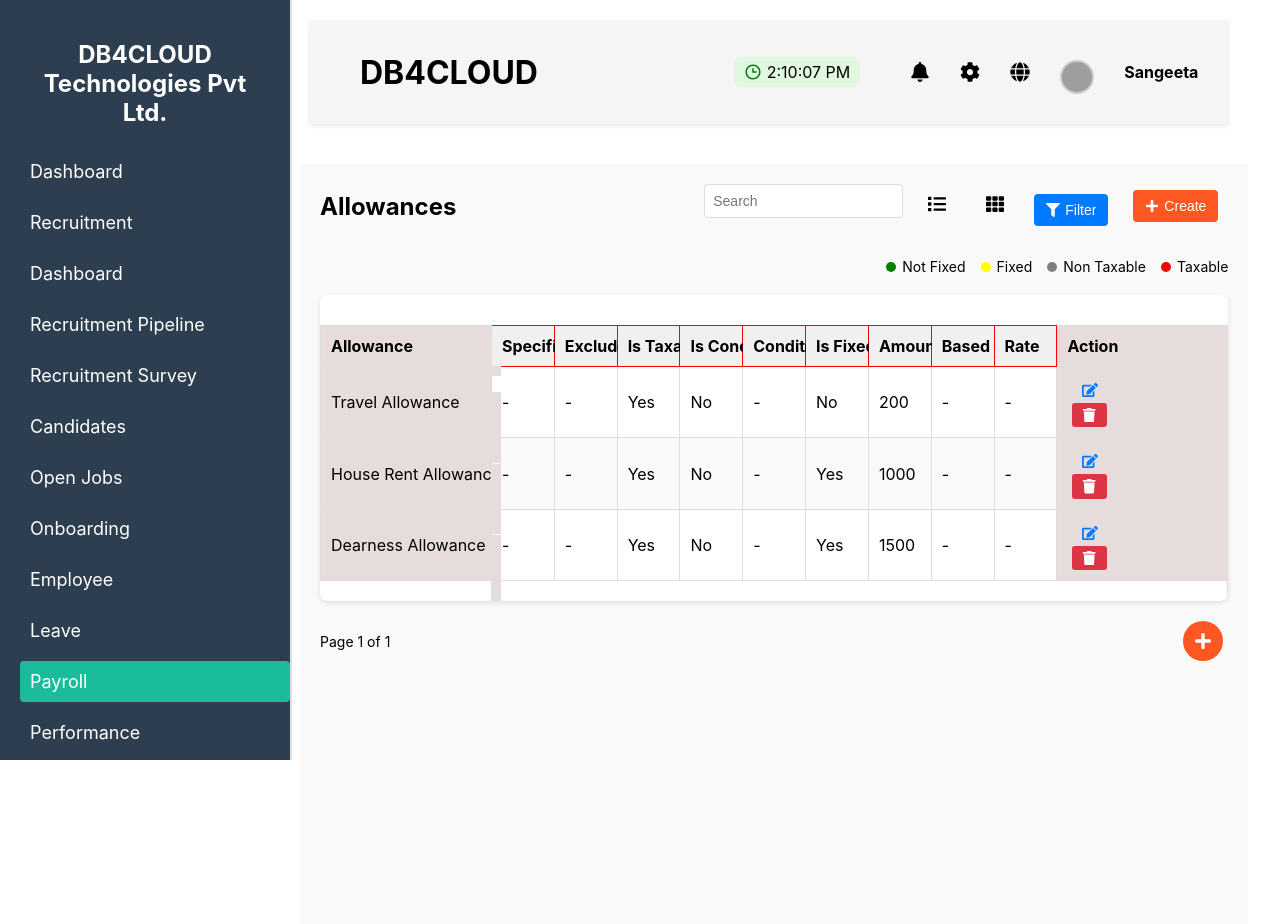
Repository: tinu-ns/Dev-code
Page: /payroll/allowances (app in HRMS-DEMO-Sang/hrms/), after clicking the first element matching `button.view-toggle`
The author's editor kept a copy of each file at every save. The page is drawn from the files as they stood at one save, then again after the next save.
The browser window is 1280 px wide. The pictures show the whole page.
Pictures or frames that could not be fetched are drawn as grey boxes. The project was rebuilt for these pictures with package versions that can differ from the ones it lists, and the page was loaded fresh each time. Also part of the build but not shown: HRMS-DEMO-Sang/hrms/src/components/Dashboard.js, HRMS-DEMO-Sang/hrms/src/components/Recruitment/RecruitmentDashboard.js, HRMS-DEMO-Sang/hrms/src/components/Recruitment/RecruitmentPipeline.js, HRMS-DEMO-Sang/hrms/src/components/Payroll/Contract.js, HRMS-DEMO-Sang/hrms/src/components/Payroll/Deductions.js, HRMS-DEMO-Sang/hrms/src/components/Payroll/Payslips.js, HRMS-DEMO-Sang/hrms/src/components/Payroll/PayrollDashboard.js, HRMS-DEMO-Sang/hrms/src/components/MainContent.css and 13 more.

Above is the page before, as saved 2024-11-14 21:47:33.

After the next save:
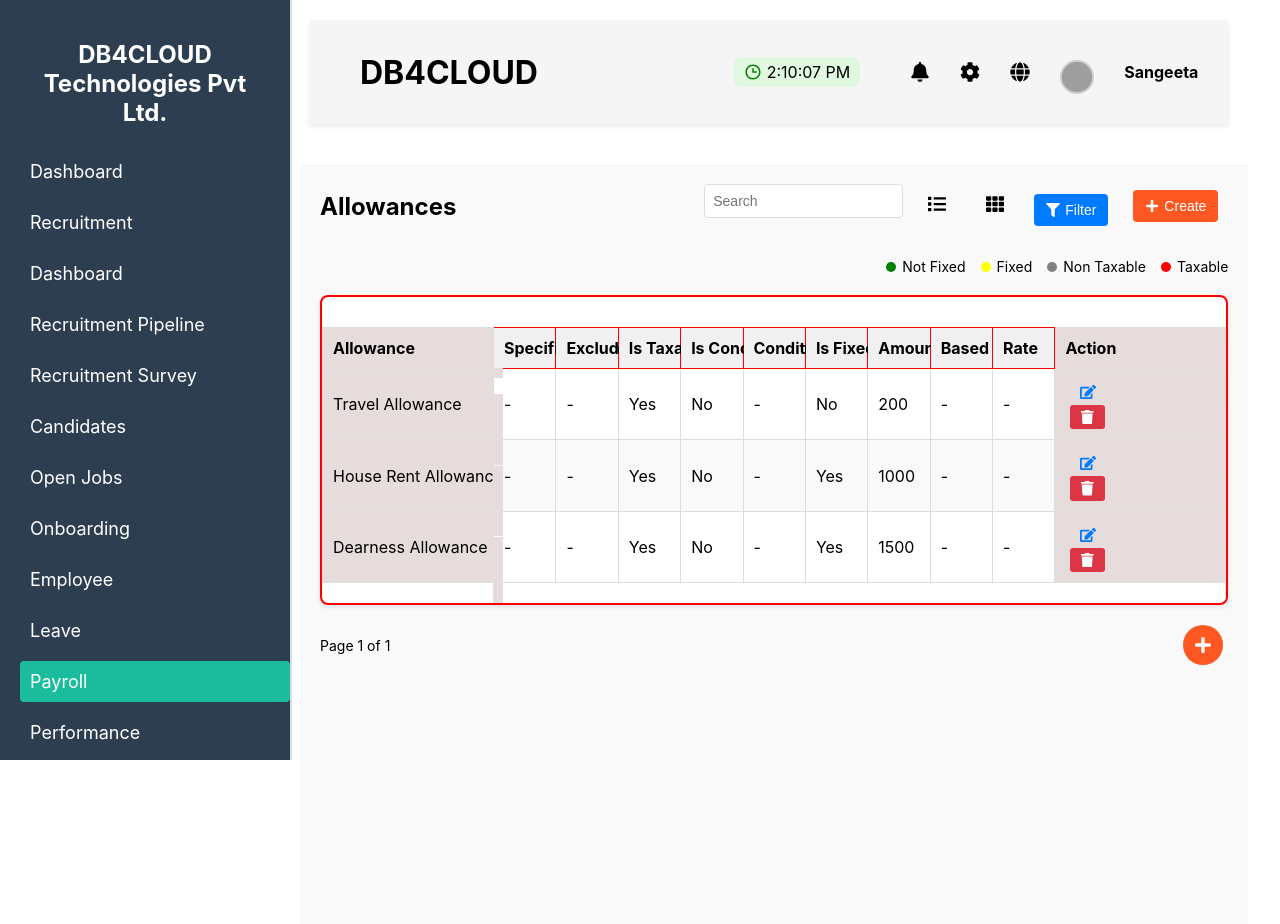
Saved 43 s later.
--- a/HRMS-DEMO-Sang/hrms/src/components/Payroll/Allowances.js
+++ b/HRMS-DEMO-Sang/hrms/src/components/Payroll/Allowances.js
@@ -261,7 +261,7 @@ const Allowances = () => {
           ))}
         </div>
       ) : (
-        <div className="list-view">
+        <div className="list-view" style={{border: "2px solid red"}}>
            <div className="table-container">
           <table>
             <thead>

After the save that followed:
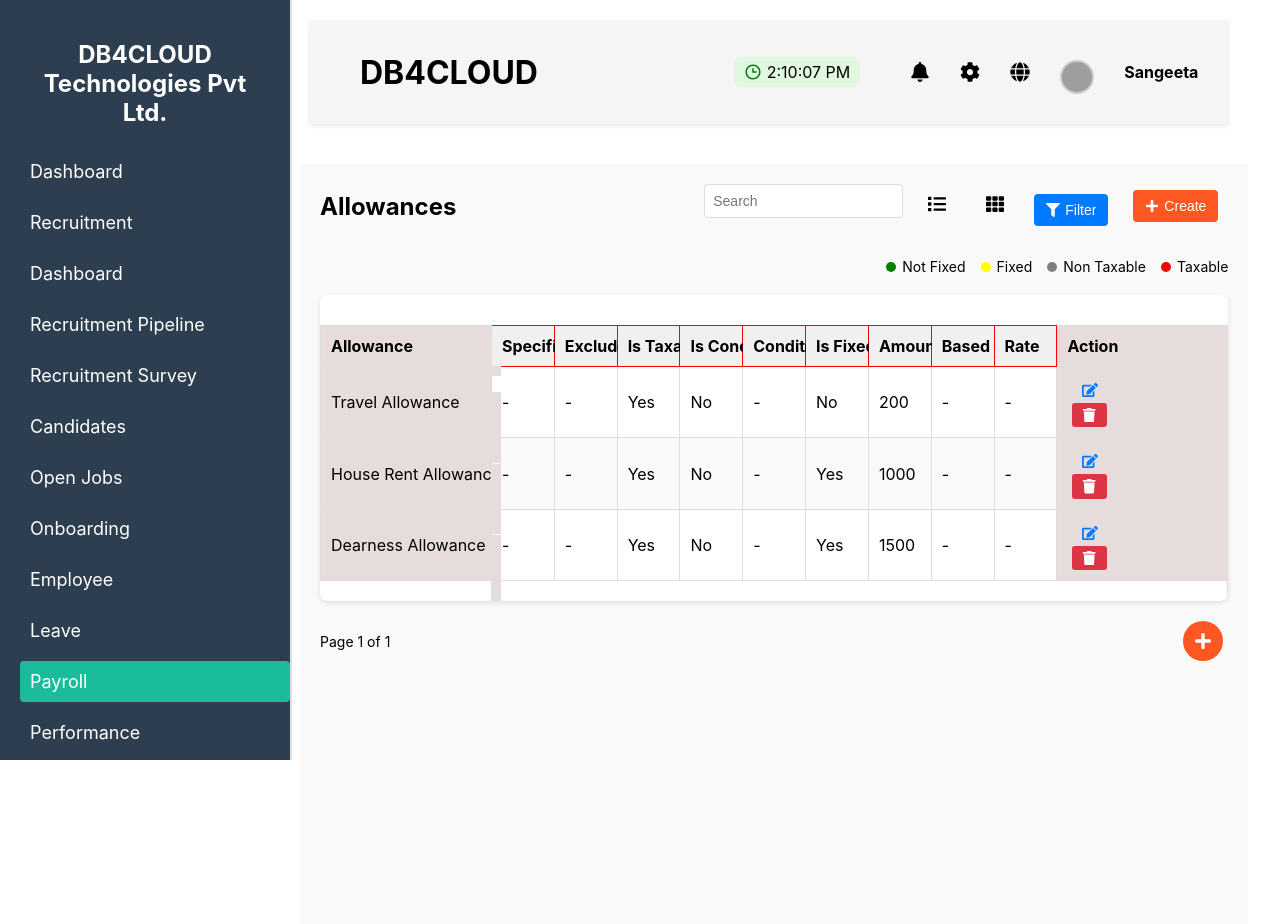
Saved 31 s later.
--- a/HRMS-DEMO-Sang/hrms/src/components/Payroll/Allowances.js
+++ b/HRMS-DEMO-Sang/hrms/src/components/Payroll/Allowances.js
@@ -261,7 +261,7 @@ const Allowances = () => {
           ))}
         </div>
       ) : (
-        <div className="list-view" style={{border: "2px solid red"}}>
+        <div className="list-view">
            <div className="table-container">
           <table>
             <thead>
